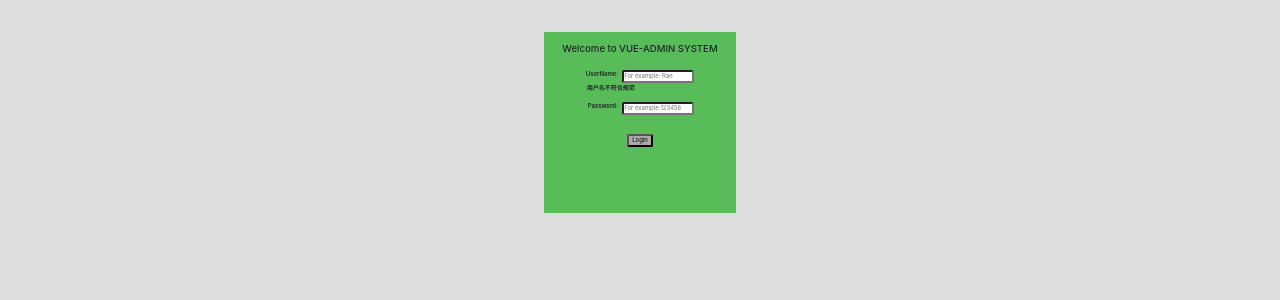
Repository: gzh51904/baiyangApp
Page: / (app in houtai/Vue-admin/)
The author's editor kept a copy of each file at every save. The page is drawn from the files as they stood at one save, then again after the next save.
The browser window is 1280 px wide. The pictures show the whole page.
The project was rebuilt for these pictures with package versions that can differ from the ones it lists, and the page was loaded fresh each time. Also part of the build but not shown: houtai/Vue-admin/vue.config.js.

Above is the page before, as saved 2019-05-11 11:12:57.

### houtai/Vue-admin/public/index.html
<!DOCTYPE html>
<html lang="en">
  <head>
    <meta charset="utf-8">
    <meta http-equiv="X-UA-Compatible" content="IE=edge">
    <meta name="viewport" content="width=device-width,initial-scale=1.0">
    <link rel="icon" href="<%= BASE_URL %>favicon.ico">
    <title>secco-admin</title>
    <style>
    html,body{
      width:100%;
      height:100%;
    }

    </style>
  </head>
  <body>

    <div id="app"></div>
    <!-- built files will be auto injected -->
  </body>
</html>

### houtai/Vue-admin/src/main.js
import Vue from 'vue'
import App from './App.vue'
import router from './router/router'
import store from './store'

// import axios from "axios";
// Vue.prototype.$axios = axios;

// import bootstrap lib to the project,没有路径就会直接去找node_modules
import "bootstrap";

import 'lib-flexible';
Vue.config.productionTip = false

new Vue({
  router,
  store,
  render: h => h(App)
}).$mount('#app')

### houtai/Vue-admin/src/App.vue
<template>
  <div id="app">

    <router-view/>
  </div>
</template>
<script>
export default {

}
</script>

<style>
@import  '../node_modules/bootstrap/dist/css/bootstrap.css';

#app{
  height:100%;
  width:100%;
  background-color: #ddd;
  overflow:hidden;
}
</style>

### houtai/Vue-admin/src/router/router.js
import Vue from 'vue'
import Router from 'vue-router'
import Login from '../pages/login.vue'


Vue.use(Router)

export default new Router({
  mode: 'history',
  base: process.env.BASE_URL,
  routes: [
    {
      path: '/',
      name: 'Login',
      component: Login
    },
    {
      path: '/admin',
      name: 'admin',
      meta: {
        requireAuth: true
      },
      // route level code-splitting
      // this generates a separate chunk (about.[hash].js) for this route
      // which is lazy-loaded when the route is visited.
      component: () => import(/* webpackChunkName: "about" */ '../pages/admin/admin.vue'),
      children: [
        {
          path: 'goods',
          name: 'goods',
          title: '商品管理',
          component: () => import('../pages/admin/goods/goods'),//路径要自己改
          children:[
            {
              path: 'list',
              name: 'list',
              title: '商品列表',
              component: () => import('../pages/admin/goods/list'),//路径要自己改
            },
            {
              path: 'categories',
              name: 'categories',
              title: '商品分类',
              component: () => import('../pages/admin/goods/categories'),//路径要自己改
            },
            {
              path: 'addgoods',
              name: 'addgoods',
              title: '添加商品',
              component: () => import('../pages/admin/goods/addgoods'),//路径要自己改
            },
          ]
        },
        {
          path: 'users',
          name: 'users',
          title: '用户管理',
          component: () => import('../pages/admin/users/users'),//路径要自己改
          children:[
            {
              path: 'list',
              name: 'list',
              title: '用户列表',
              component: () => import('../pages/admin/users/list'),//路径要自己改
            },
            {
              path: 'adduser',
              name: 'adduser',
              title: '添加用户',
              component: () => import('../pages/admin/users/adduser'),//路径要自己改
            },

          ]
        },
      ]
    }
  ]
})

### houtai/Vue-admin/src/store/index.js
import Vue from 'vue'
import Vuex from 'vuex'
import createPersistedState from 'vuex-persistedstate'

Vue.use(Vuex)

/* eslint-disable no-new */
const store = new Vuex.Store({
  plugins: [createPersistedState()],
  modules: {
  }
})

export default store

### houtai/Vue-admin/src/pages/login.vue
<template>
<div class="login">
    <h3>Welcome to VUE-ADMIN SYSTEM</h3>
    <div class="login-form">
        <div class="login-form-item">
            <div>
            <span>UserName:</span>
            <input type="text" id="username" placeholder="For example: Rae" v-model="username" @blur="checkName">
           </div>
           <div>
           <span></span>
           <strong class="alert" style="float:left">用户名不符合规范</strong>
           </div>
        </div>

        <div  class="login-form-item">
              <span>Password:</span>
            <input type="password" id="password" placeholder="For example:123456" v-model="password" @blur="checkPassword">
        </div>
        <div  class="login-form-item">
            <button class="login-btn">Login</button>
        </div>
    </div>


</div>
</template>
<script>
export default {
    data(){
        return {
            username:null,
            password:null

        }
    },
    methods:{
        checkName(){

        },
        checkPassword(){

        }

    }
}
</script>
<style lang="scss" scoped>
*{
    padding:0px;
    margin:0px;
}
.login{
    margin: 2rem auto;
    overflow:hidden;
    width: 12rem;
    height:11.333333rem;
    /* height:5rem; */
    background-color:#58bc58;
    padding-top:.013333rem;
    h3{
        margin: .666667rem auto;
        text-align: center;
        font-size: .6rem;
        font-weight: 500;
        margin-bottom:1rem;
    }
    .login-form{

        display:flex;
        flex-direction:column;
        justify-content: space-around;
        align-items: center;
        .login-form-item{
            height:2rem;
            font-size: .373333rem;

        span{
            float:left;
            width:2rem;
            text-align: right;
            margin-right: .266667rem;
            font-weight: 600;
        }
        input{
            width:4.5rem;
            border-radius: 5%;

       ::placeholder{
           color: #aaa;
       }
         }
         button{
             background-color:#aaa;
             padding:0 .2rem;
             border-radius:10%;
         }
        }
        }
    }


</style>

After the next save:
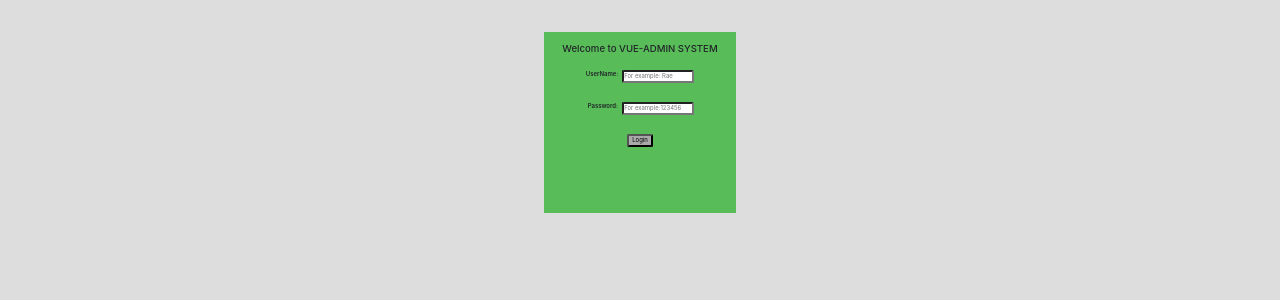
Saved 75 s later.
--- a/houtai/Vue-admin/src/pages/login.vue
+++ b/houtai/Vue-admin/src/pages/login.vue
@@ -7,10 +7,7 @@
             <span>UserName:</span>
             <input type="text" id="username" placeholder="For example: Rae" v-model="username" @blur="checkName">
            </div>
-           <div>
-           <span></span>
-           <strong class="alert" style="float:left">用户名不符合规范</strong>
-           </div>
+
         </div>
 
         <div  class="login-form-item">
